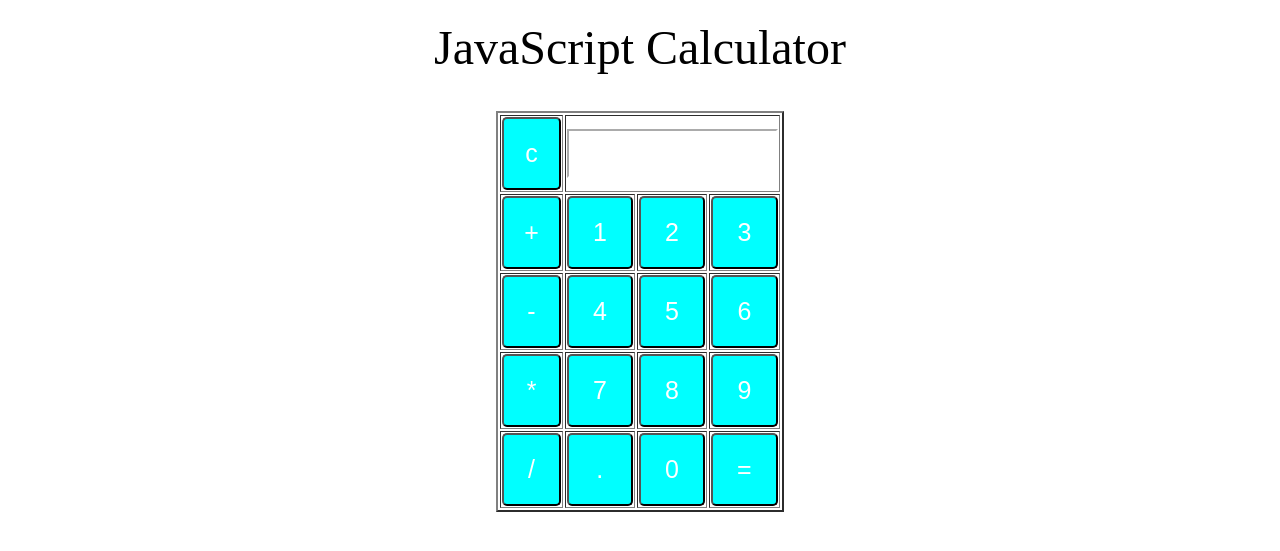
Repository: spidero7/Simple-Calculator
Page: index.html
These files come from the project's save history. The page is drawn as it stood at one moment and after the next save; the edit follows.
The browser window is 1280 px wide. The pictures show the whole page.

Above is the page before, as saved 2021-09-15 07:34:21.

### index.html
<!DOCTYPE html>
<html lang="en">
<head>
    <meta charset="UTF-8">
    <meta http-equiv="X-UA-Compatible" content="IE=edge">
    <meta name="viewport" content="width=device-width, initial-scale=1.0">
    <title>Calculator</title>
    <link rel="stylesheet" href="style.css">
</head>
<body>
        <div class="title">JavaScript Calculator</div>
        <div class="calculator-container">
            <table border="2">
                <tr>
                    <td><input type="button" value="c" onclick="clr()"/></td>
                    <td colspan="3"><input type="text" id="textvalue"/></td>
                </tr>
                <tr>
                    <td><input type="button" value="+" onclick="display('+')"/></td>
                    <td><input type="button" value="1" onclick="display('1')"/></td>
                    <td><input type="button" value="2" onclick="display('2')"/></td>
                    <td><input type="button" value="3" onclick="display('3')"/></td>
                </tr>
                <tr>
                    <td><input type="button" value="-" onclick="display('-')"/></td>
                    <td><input type="button" value="4" onclick="display('4')"/></td>
                    <td><input type="button" value="5" onclick="display('5')"/></td>
                    <td><input type="button" value="6" onclick="display('6')"/></td>
                </tr>
                <tr>
                    <td><input type="button" value="*" onclick="display('*')"/></td>
                    <td><input type="button" value="7" onclick="display('7')"/></td>
                    <td><input type="button" value="8" onclick="display('8')"/></td>
                    <td><input type="button" value="9" onclick="display('9')"/></td>
                </tr>
                <tr>
                    <td><input type="button" value="/" onclick="display('/')"/></td>
                    <td><input type="button" value="." onclick="display('.')"/></td>
                    <td><input type="button" value="0" onclick="display('0')"/></td>
                    <td><input type="button" value="=" onclick="evaluate()"/></td>
                </tr>
            </table>
        </div>
    <script src="app.js"></script>
</body>
</html>

### style.css
* {
    box-sizing: border-box;
}

body {
    margin: 0;
    padding: 0;
}

.calculator-container {
    display: flex;
    justify-content: center;
    align-items: center;
    width: 100vw;
    height: 60vh;
}

.title {
    display: flex;
    text-align: center;
    margin: 20px;
    font-size: 3rem;
    justify-content: center;
}

input[type="button"] {
    background-color: aqua;
    color: white;
    border-radius: 5px;
    border-color: black;
    width: 100%;
    padding: 20px;
    font-size: 25px;
    cursor: pointer;
}

input[type="text"] {
    text-align: right;
    background-color: none
    color: white;
    border-color: white;
    width: 100%;
    padding: 15px;
}

Loaded but not shown: app.js (no copy from this time; the picture is the same without it)

After the next save:
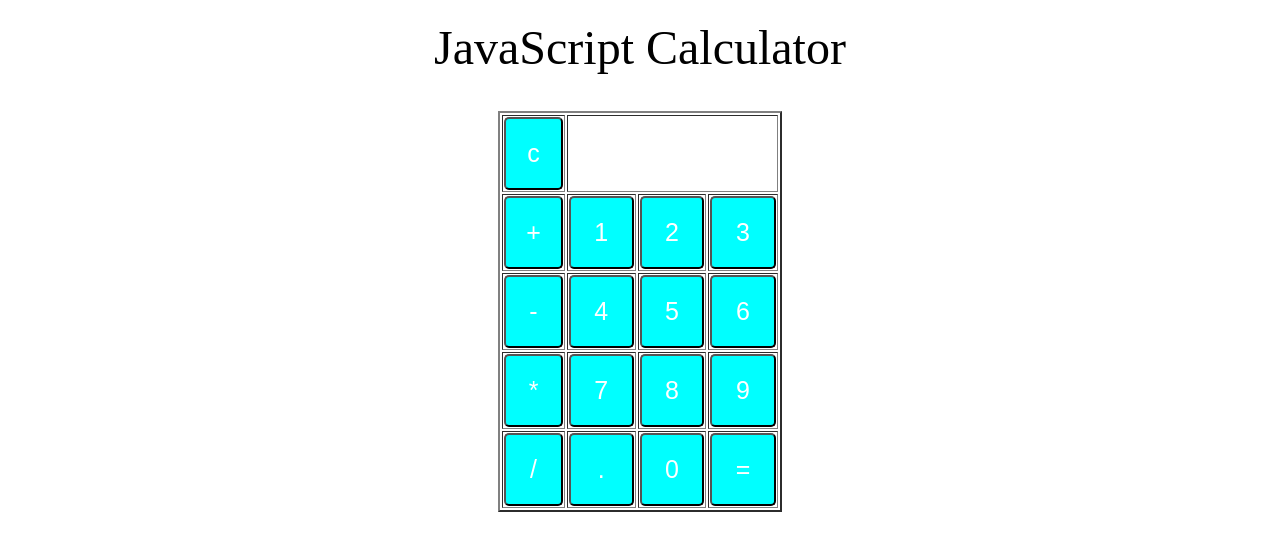
Saved 7 s later.
--- a/style.css
+++ b/style.css
@@ -38,7 +38,7 @@ input[type="text"] {
     text-align: right;
     background-color: none
     color: white;
-    border-color: white;
+    border: none;
     width: 100%;
     padding: 15px;
 }
